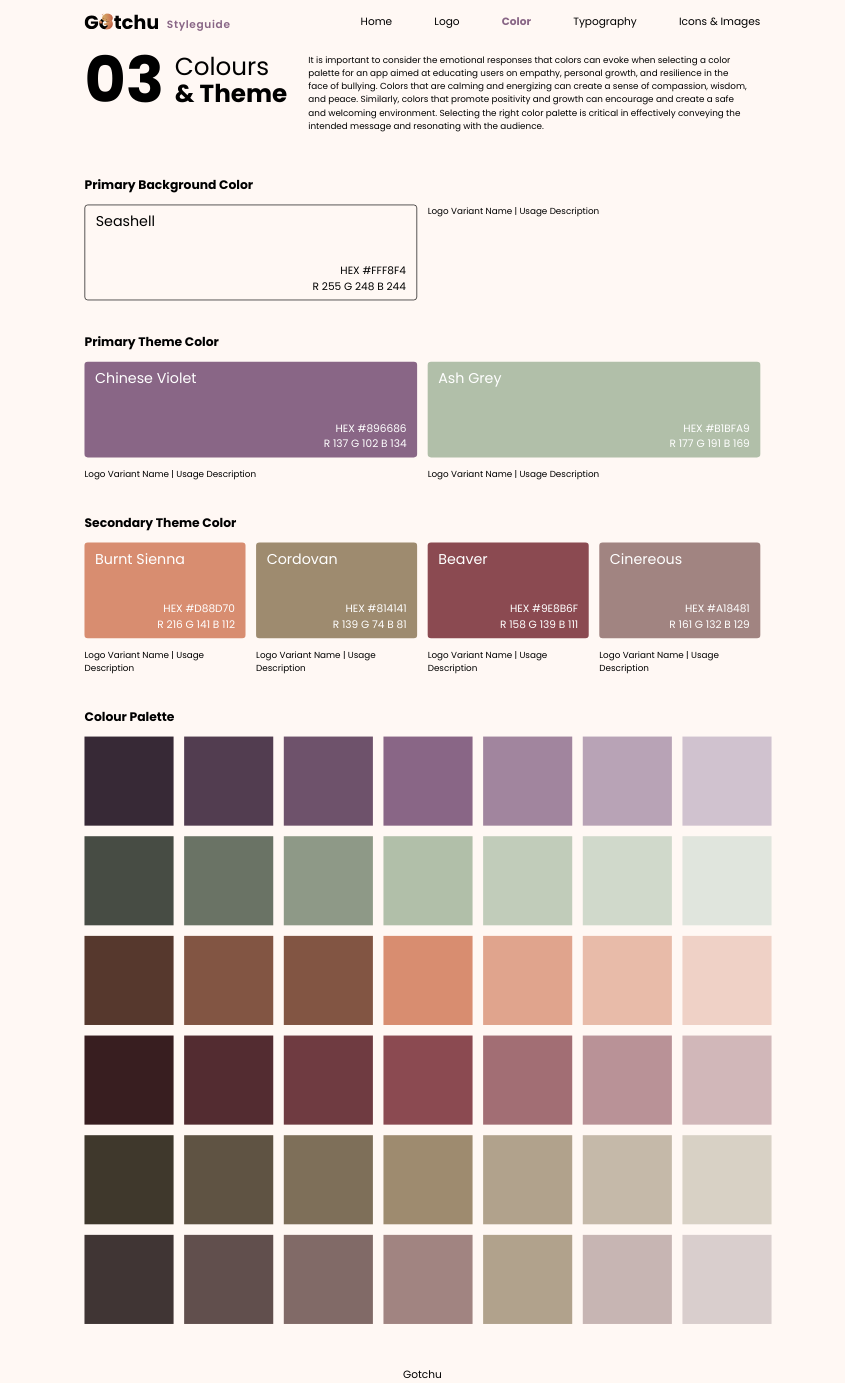
Repository: kionale/Antibullying-Project_Design-Guide
Page: color.html
These files come from the project's save history. The page is drawn as it stood at one moment and after the next save; the edit follows.
The browser window is 1280 px wide. The pictures show the whole page, at 66% of full size.

Above is the page before, as saved 2023-03-11 01:49:25.

### color.html
<!DOCTYPE html>
<html lang="en">

<head>
    <meta charset="UTF-8">
    <meta http-equiv="X-UA-Compatible" content="IE=edge">
    <meta name="viewport" content="width=device-width, initial-scale=1.0">
    <title>Color Palette and Typography</title>
    <link rel="stylesheet" href="color.css">
</head>

<body>
    <nav class="navbar">
        <div class="logo_container">
            <img src="/images/logo.svg" class="logo" />
            <div class="app_name">Styleguide</div>
        </div>
        <ul class="nav_links">
            <li><a href="index.html">Home</a></li>
            <li><a href="logo.html">Logo</a></li>
            <li><a href="color.html"><span class="bold">Color</span></a></li>
            <li><a href="typography.html">Typography</a></li>
            <li><a href="icons.html">Icons & Images</a></li>
        </ul>
        <div class="burger">
            <div class="line1"></div>
            <div class="line2"></div>
            <div class="line3"></div>
        </div>
    </nav>
    <main class="body_container">
        <section class="about">
            <div class="section_number">
                <div class="element_number">03</div>
                <h2 class="page_title">Colours <br><span class="highlight">& Theme</h2>
            </div>
            <div class="about_text">
                <p class="section_description">It is important to consider the emotional responses that colors can evoke
                    when selecting a color palette for an app aimed at educating users on empathy, personal growth, and
                    resilience in the face of bullying. Colors that are calming and energizing can create a sense of
                    compassion, wisdom, and peace. Similarly, colors that promote positivity and growth can encourage
                    and create a safe and welcoming environment. Selecting the right color palette is critical in
                    effectively conveying the intended message and resonating with the audience.</p>
            </div>
        </section>
        <h3 class="subHeading">Primary Background Color</h3>
        <div class="columnTwo">
            <div class="subCard">
                <div class="color_container color_box1">
                    <div class="color_name">Seashell</div>
                    <div class="hex">HEX #FFF8F4</div>
                    <div class="RGB">R 255 G 248 B 244</div>
                </div>
            </div>
            <p class="description_text">Logo Variant Name | Usage Description</p>
        </div>
        <h3 class="subHeading">Primary Theme Color</h3>
        <div class="columnTwo">
            <div class="subCard">
                <div class="color_container color_box2 white">
                    <div class="color_name white">Chinese Violet</div>
                    <div class="hex">HEX #896686</div>
                    <div class="RGB">R 137 G 102 B 134</div>
                </div>
                <p class="description_text">Logo Variant Name | Usage Description</p>
            </div>
            <div class="subCard">
                <div class="color_container color_box3 white">
                    <div class="color_name white">Ash Grey</div>
                    <div class="hex">HEX #B1BFA9</div>
                    <div class="RGB">R 177 G 191 B 169</div>
                </div>
                <p class="description_text">Logo Variant Name | Usage Description</p>
            </div>
        </div>
        <h3 class="subHeading">Secondary Theme Color</h3>
        <div class="columnFour">
            <div class="subCard">
                <div class="color_container white" style="background:rgb(216, 141,112);">
                    <div class="color_name white">Burnt Sienna</div>
                    <div class="hex">HEX #D88D70</div>
                    <div class="RGB">R 216 G 141 B 112</div>
                </div>
                <p class="description_text">Logo Variant Name | Usage Description</p>
            </div>
            <div class="subCard">
                <div class="color_container white" style="background:rgb(158, 139,111);">
                    <div class="color_name white">Cordovan</div>
                    <div class="hex">HEX #814141</div>
                    <div class="RGB">R 139 G 74 B 81</div>
                </div>
                <p class="description_text">Logo Variant Name | Usage Description</p>
            </div>
            <div class="subCard">
                <div class="color_container white" style="background:rgb(139, 74,81);">
                    <div class="color_name white">Beaver</div>
                    <div class="hex">HEX #9E8B6F</div>
                    <div class="RGB">R 158 G 139 B 111</div>
                </div>
                <p class="description_text">Logo Variant Name | Usage Description</p>
            </div>
            <div class="subCard">
                <div class="color_container white" style="background:rgb(161, 132,129);">
                    <div class="color_name white">Cinereous</div>
                    <div class="hex">HEX #A18481</div>
                    <div class="RGB">R 161 G 132 B 129</div>
                </div>
                <p class="description_text">Logo Variant Name | Usage Description</p>
            </div>
        </div>
        <h3 class="subHeading">Colour Palette</h3>
        <div class="columnSeven">
            <div class="small-cl-box1" style="background:#372936"></div>
            <div class="small-cl-box1" style="background:#523D50"></div>
            <div class="small-cl-box1" style="background:#6E526B"></div>
            <div class="small-cl-box1" style="background:#896686"></div>
            <div class="small-cl-box1" style="background:#A1859E"></div>
            <div class="small-cl-box1" style="background:#B8A3B6"></div>
            <div class="small-cl-box1" style="background:#D0C2CF"></div>
            <div class="small-cl-box1" style="background:#474C44"></div>
            <div class="small-cl-box1" style="background:#6A7365"></div>
            <div class="small-cl-box1" style="background:#8E9987"></div>
            <div class="small-cl-box1" style="background:#B1BFA9"></div>
            <div class="small-cl-box1" style="background:#C1CCBA"></div>
            <div class="small-cl-box1" style="background:#D0D9CB"></div>
            <div class="small-cl-box1" style="background:#E0E5DD"></div>
            <div class="small-cl-box1" style="background:#56382D"></div>
            <div class="small-cl-box1" style="background:#825543"></div>
            <div class="small-cl-box1" style="background:#825543"></div>
            <div class="small-cl-box1" style="background:#D88D70"></div>
            <div class="small-cl-box1" style="background:#E0A48D"></div>
            <div class="small-cl-box1" style="background:#E8BBA9"></div>
            <div class="small-cl-box1" style="background:#EFD1C6"></div>
            <div class="small-cl-box1" style="background:#381E20"></div>
            <div class="small-cl-box1" style="background:#532C31"></div>
            <div class="small-cl-box1" style="background:#6F3B41"></div>
            <div class="small-cl-box1" style="background:#8B4A51"></div>
            <div class="small-cl-box1" style="background:#A26E74"></div>
            <div class="small-cl-box1" style="background:#B99297"></div>
            <div class="small-cl-box1" style="background:#D1B7B9"></div>
            <div class="small-cl-box1" style="background:#3F382C"></div>
            <div class="small-cl-box1" style="background:#5F5343"></div>
            <div class="small-cl-box1" style="background:#7E6F59"></div>
            <div class="small-cl-box1" style="background:#9E8B6F"></div>
            <div class="small-cl-box1" style="background:#B1A28C"></div>
            <div class="small-cl-box1" style="background:#C5B9A9"></div>
            <div class="small-cl-box1" style="background:#D8D1C5"></div>
            <div class="small-cl-box1" style="background:#403534"></div>
            <div class="small-cl-box1" style="background:#614F4D"></div>
            <div class="small-cl-box1" style="background:#816A67"></div>
            <div class="small-cl-box1" style="background:#A18481"></div>
            <div class="small-cl-box1" style="background:#B1A28C"></div>
            <div class="small-cl-box1" style="background:#C7B5B3"></div>
            <div class="small-cl-box1" style="background:#D9CECD"></div>
        </div>
    </main>
</body>
<footer>
    <p class="footer"> Gotchu </p>
</footer>

</html>

### color.css
@import url('https://fonts.googleapis.com/css2?family=Lato:ital,wght@0,100;0,300;0,400;0,700;0,900;1,300&family=Poppins:ital,wght@0,100;0,200;0,300;0,400;0,500;0,600;0,700;1,500&display=swap');

:root {
    --primary-clr: #896686;
    --primary-clr-2: #B1BFA9;
    --font-color: black;
    --background-clr: #FFF8F4;
    --secondary-clr-1: #D88D70;
    --secondary-clr-2: #8B4A51;

}

* {
    margin: 0px;
    padding: 0px;
    box-sizing: border-box;
    /* border: 1px black solid; */
}

body {

    /* font-family: 'lato',sans-serif; */
    font-family: 'Poppins', sans-serif;
    background-color: var(--background-clr);

}

/* NavBar (Formatted) */

.navbar {
    /* background-color: var(--secondary-clr); */
    display: flex;
    justify-content: space-between;
    align-items: center;
    min-height: 9vh;
    color: var(--font-color);
    /* position: sticky; */
    top: 0;
    padding: 0 8rem;
}

.logo_container {
    display: flex;
    flex-direction: row;
    align-items: center;
    gap: 0.8rem;
}

.logo {
    width: 7rem;
    object-fit: contain;
}


.logo:hover {
    transform: scale(1.05);
}

.app_name {
    letter-spacing: 1px;
    font-size: 1rem;
    font-weight: 600;
    color: #896686;
    margin-top: 0.5rem;
}

.app_name:hover {
    color: var(--secondary-clr);
}

.bold {
    font-weight: bold;
    color: var(--primary-clr);
}

.nav_links {
    display: flex;
    flex-direction: row;
    justify-content: flex-end;
    gap: 4rem;
    width: 40vw;
    flex-grow: 1;
}

.nav_links li {
    list-style: none;
}

.nav_links a {
    color: inherit;
    text-decoration: none;
    font-weight: 400;
}

.nav_links li:hover {
    transform: translateX(-5%);
}

.burger {
    display: none;
    cursor: pointer;
}

.burger div {
    width: 1.5rem;
    height: 0.15rem;
    background-color: black;
    margin: 0.35rem;

}

/* NavBar (End) */

/* Main Container (Formatted) */

.body_container {
    display: flex;
    flex-direction: column;
    padding: 0rem 8rem;
}

/* Main Container (End) */

/* Section Number with Desciption (Formatted) */

.about {
    display: flex;
    flex-direction: row;
    min-height: 5rem;
    justify-content: flex-start;
    margin-bottom: 2rem;
}

.section_number {
    display: flex;
    flex-direction: row;
    justify-content: center;
    align-items: center;
    height: 7rem;
}

.element_number {
    font-size: 72pt;
    font-weight: 790;
    line-height: 100%;
    margin-right: 1rem;
}

.page_title {
    font-weight: 400;
    font-size: 28pt;
    line-height: 110%;
    white-space: nowrap;
}

.highlight {
    font-weight: 700;
}

.about_text {
    padding: 1rem 1rem 1rem 2rem;
    font-size: 10pt;
}

/* Section Number with Desciption (End) */

.subHeading {
    width: 100%;
    padding: 1rem 0;
}

.columnTwo {
    display: grid;
    grid-template-columns: repeat(2, 1fr);
    gap: 1rem;
    margin-bottom: 2rem;
}

.columnFour {
    display: grid;
    grid-template-columns: repeat(4, 1fr);
    gap: 1rem;
    margin-bottom: 2rem;
}

.columnSeven {
    display: grid;
    grid-template-columns: repeat(7, 1fr);
    gap: 1rem;
    margin-bottom: 2rem;
}

.subCard {
    display: flex;
    flex-direction: column;
    gap: 1rem;
    position: relative;
}

.description_text {
    font-size: 10pt;
}

/* General Color Card */

.color_container {
    width: 100%;
    height: 145px;
    position: relative;
    border-radius: 5px;
}

/* General Color Card (End) */


/* Primary Background Color */

.color_box1 {
    background-color: var(--background-clr);
    border: 1px solid black;
}

.color_name {
    position: absolute;
    top: 0.5rem;
    left: 1rem;
    font-size: 1.35rem;
    color: black;
}

.hex {
    position: absolute;
    bottom: 2rem;
    right: 1rem;
}

.RGB {
    position: absolute;
    bottom: 0.5rem;
    right: 1rem;
}

/* Primary Background Color (End) */

.color_box2 {
    background-color: var(--primary-clr);
}

.color_box3 {
    background-color: var(--primary-clr-2);
}

.white {
    color: white;
}



.small-cl-box1 {
    width: 135px;
    aspect-ratio: 1/1;
}


.footer {
    margin-top: 2rem;
    text-align: center;
}

After the next save:
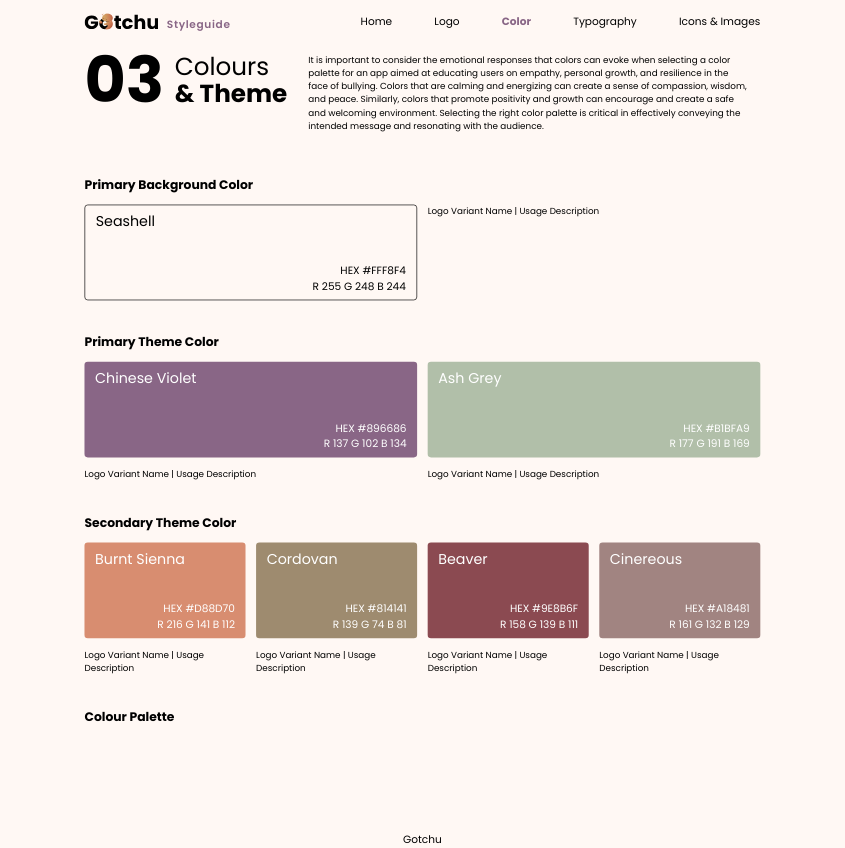
Saved 5 s later.
--- a/color.css
+++ b/color.css
@@ -258,7 +258,6 @@ body {
 
 .small-cl-box1 {
     width: 135px;
-    aspect-ratio: 1/1;
 }
 
 
